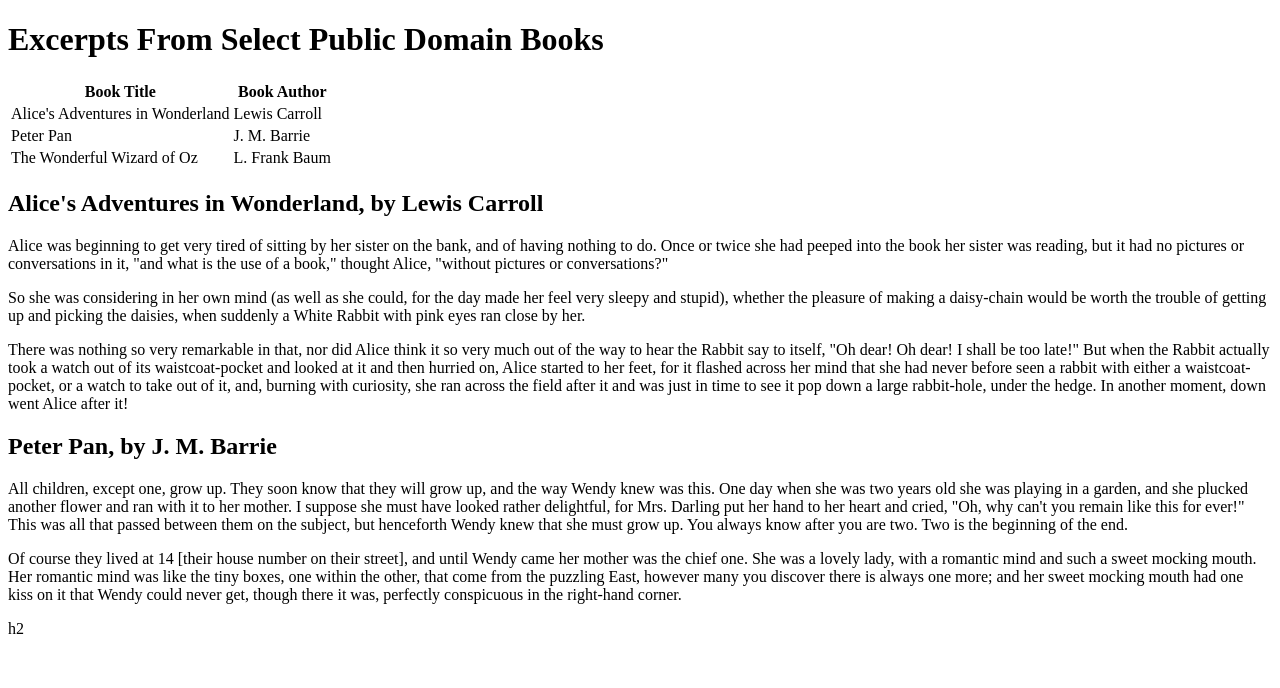
Repository: rishondass/ITMD361-Lab3
Page: index.html
An editor plug-in stored every save of this project. The page is shown before and after the next save, followed by the edit.
The browser window is 1280 px wide. The pictures show the whole page.

Above is the page before, as saved 2023-01-13 14:31:58.

After the next save:
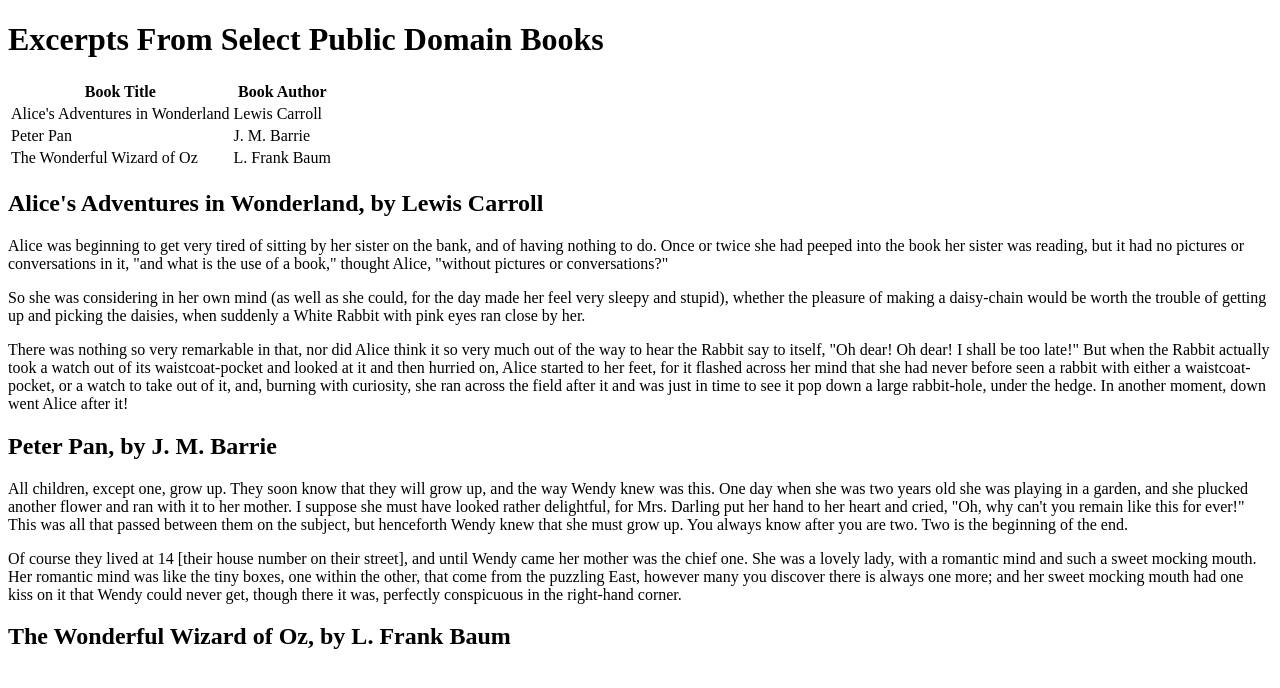
Saved 4 s later.
--- a/index.html
+++ b/index.html
@@ -53,6 +53,6 @@
         Of course they lived at 14 [their house number on their street], and until Wendy came her mother was the chief one. She was a lovely lady, with a romantic mind and such a sweet mocking mouth. Her romantic mind was like the tiny boxes, one within the other, that come from the puzzling East, however many you discover there is always one more; and her sweet mocking mouth had one kiss on it that Wendy could never get, though there it was, perfectly conspicuous in the right-hand corner.
 
     </p>
-    h2
+    <h2>The Wonderful Wizard of Oz, by L. Frank Baum</h2>
 </body>
 </html>
